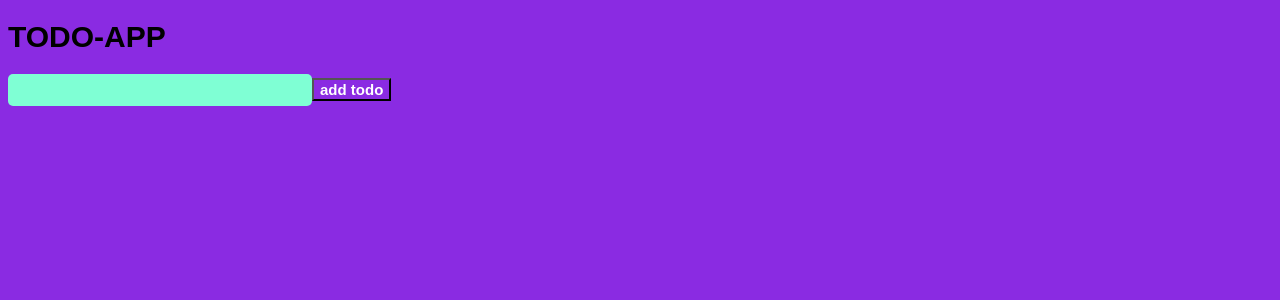
Repository: bilelsalemdev/todo-app
Page: /
These files come from the project's save history. The page is drawn as it stood at one moment and after the next save; the edit follows.
The browser window is 1280 px wide. The pictures show the whole page.
The project was rebuilt for these pictures with package versions that can differ from the ones it lists, and the page was loaded fresh each time.

Above is the page before, as saved 2022-11-04 18:08:30.

After the next save:
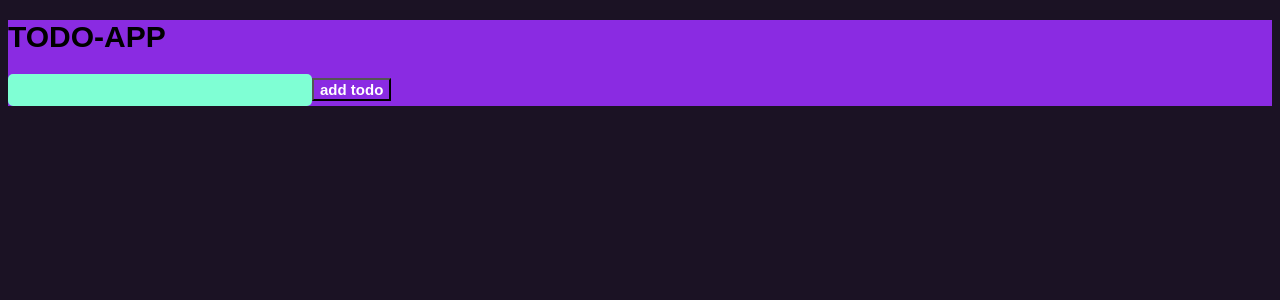
Saved 22 s later.
--- a/src/index.css
+++ b/src/index.css
@@ -1,3 +1,3 @@
 body{
-  background-color: blueviolet;
+  background-color: rgb(27, 18, 36);
 }
